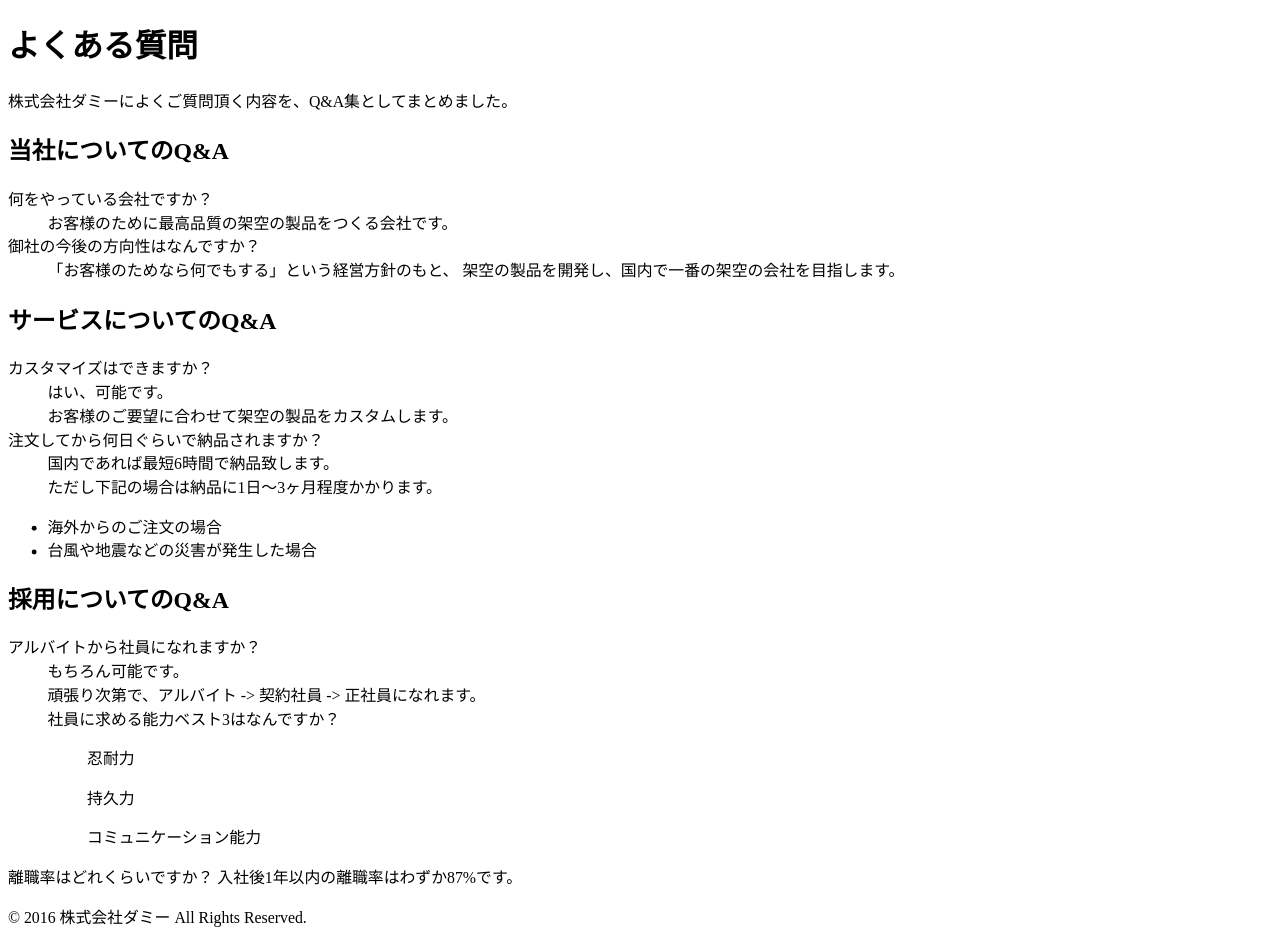
Repository: winc1980/practice-hp2022-wednesday
Page: ruka/practice1.html
The author's editor kept a copy of each file at every save. The page is drawn from the files as they stood at one save, then again after a run of saves.
The browser window is 1280 px wide. The pictures show the whole page, at 99% of full size.

Above is the page before, as saved 2022-05-26 00:28:19.

After the next 2 saves:
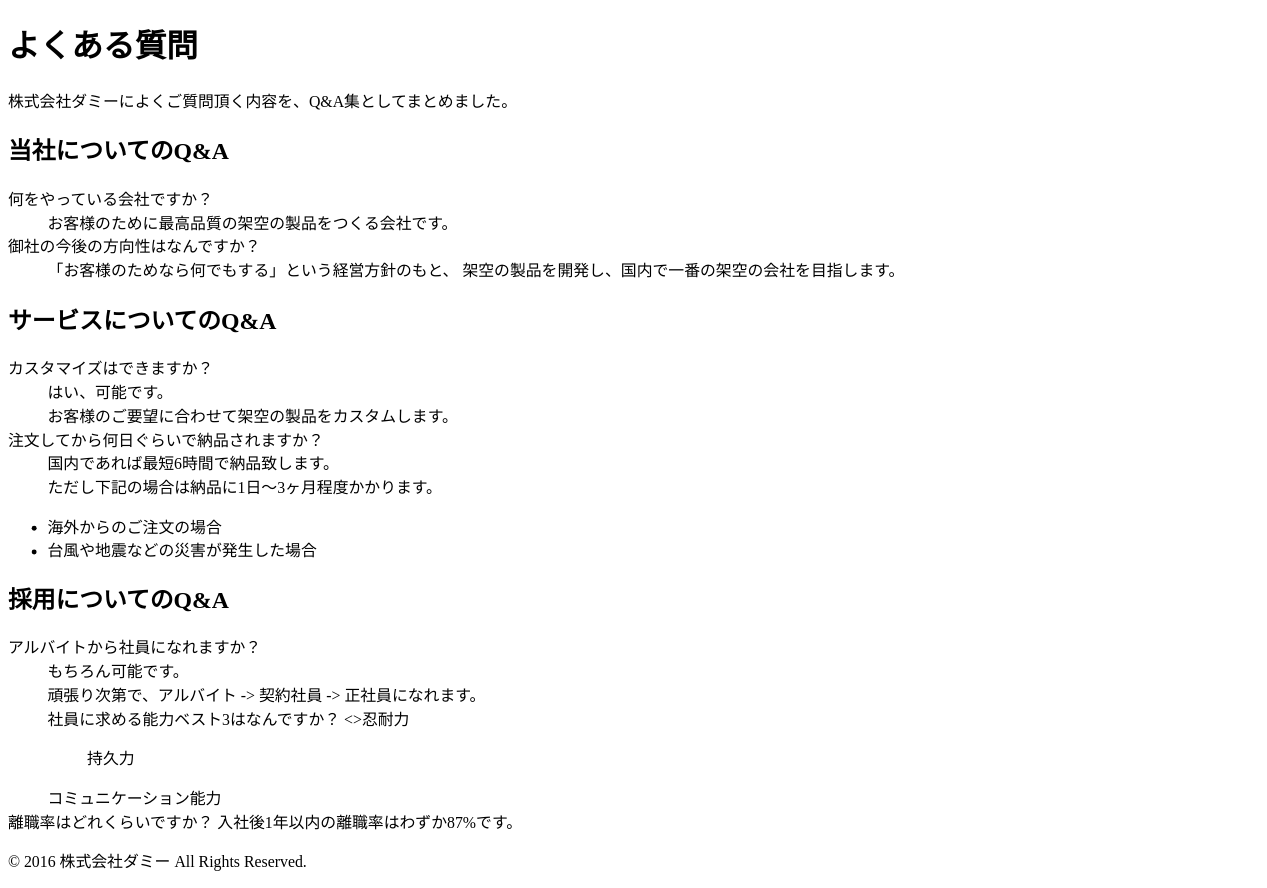
The 2 saves are shown as one change because they came seconds apart.
The last was saved 19 s later.
--- a/ruka/practice1.html
+++ b/ruka/practice1.html
@@ -58,9 +58,9 @@
 <dd>
 社員に求める能力ベスト3はなんですか？
 
-<ol>忍耐力</ol>
+<>忍耐力</>
 <ol>持久力</ol>
-<ol>コミュニケーション能力</ol>
+<l>コミュニケーション能力</l>
 </dd>
 
 
